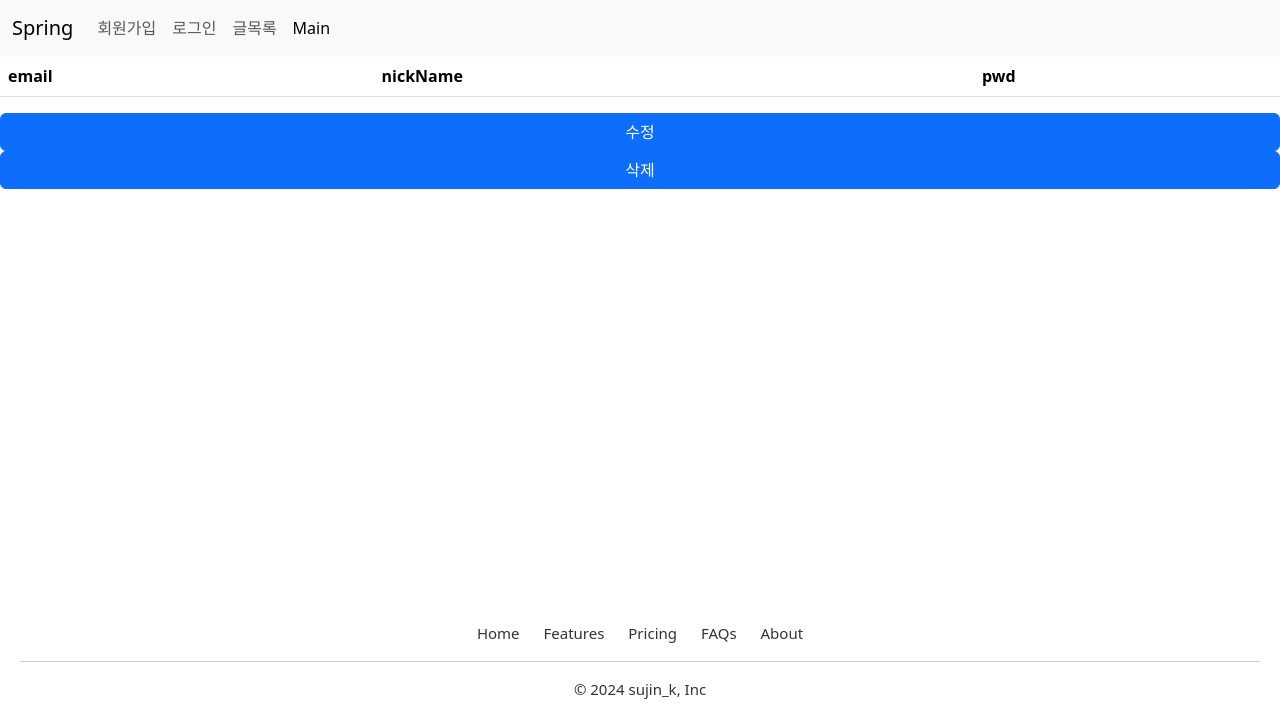
Repository: sujin1221/spring
Page: http://localhost/spring_test2/WEB-INF/views/member/list.jsp
These files come from the project's save history. The page is drawn as it stood at one moment and after the next save; the edit follows.
The browser window is 1280 px wide. The pictures show the whole page.
The page is served by Tomcat 9. Nobody is signed in. The template is opened directly, without the code that normally fills it, so the values that code supplies are empty.

Above is the page before, as saved 2024-01-16 04:19:04.
Console error: TypeError: Cannot read properties of null (reading 'addEventListener')

After the next save:
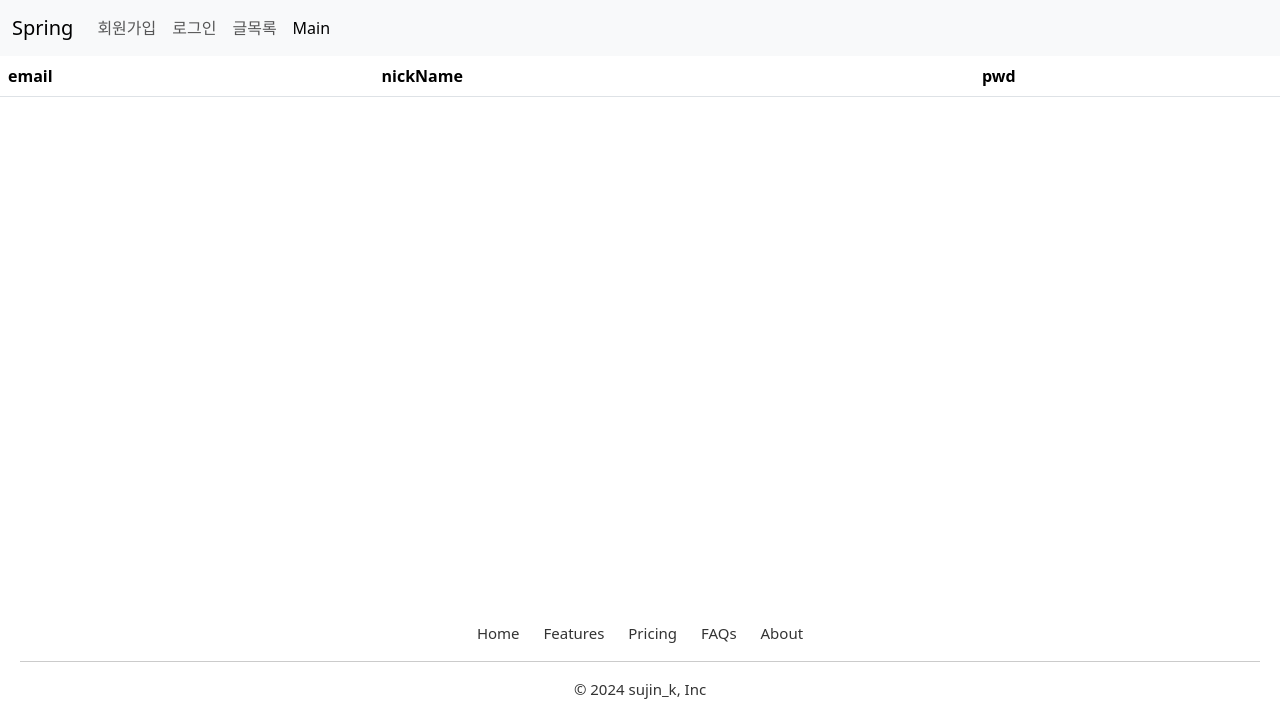
Saved 5 s later.
--- a/spring_test2/src/main/webapp/WEB-INF/views/member/list.jsp
+++ b/spring_test2/src/main/webapp/WEB-INF/views/member/list.jsp
@@ -22,7 +22,4 @@
 	</tbody>
 </table>
 
-<button type="submit" class="btn btn-primary" id="regBtn">수정</button>
-<button type="submit" class="btn btn-primary" id="regBtn">삭제</button>
-
 <jsp:include page="../layout/footer.jsp"></jsp:include>
